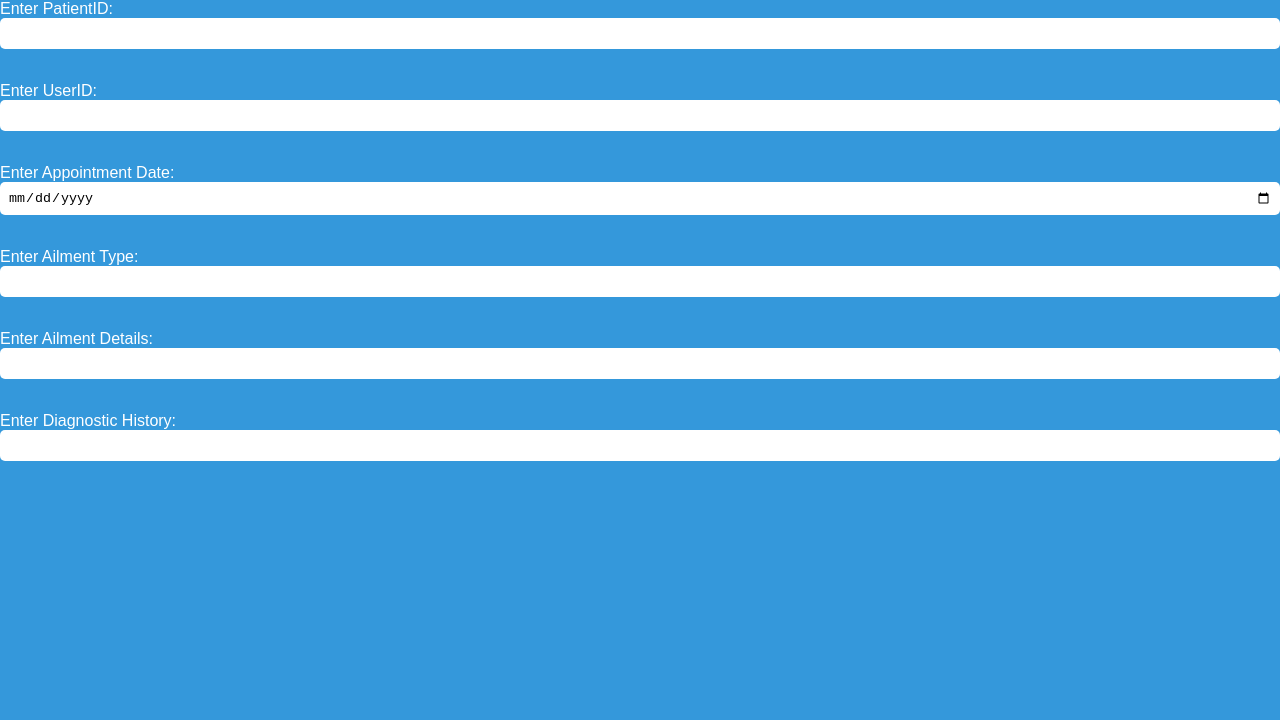
Repository: Pravinkumar-Raja/SpringProjects
Page: http://localhost/Spring-Web/WEB-INF/views/AddPatient.jsp
The author's editor kept a copy of each file at every save. The page is drawn from the files as they stood at one save, then again after the next save.
The browser window is 1280 px wide. The pictures show the whole page.
The page is served by Tomcat 9. Nobody is signed in. Other server files are loaded and not shown. The template is opened directly, without the code that normally fills it, so the values that code supplies are empty.

Above is the page before, as saved 2025-11-24 10:46:36.

### Spring-Web/src/main/webapp/WEB-INF/views/AddPatient.jsp
<html>
<head>
	<style>
	       body {
	           background-color: #3498db; /* modern blue */
	           font-family: Arial, sans-serif;
	           color: #fff;
	           margin: 0;
	           padding: 0;
	       }

	       .form-container {
	           background: rgba(255, 255, 255, 0.1);
	           padding: 30px;
	           margin: 50px auto;
	           width: 400px;
	           border-radius: 10px;
	           box-shadow: 0 0 15px rgba(0,0,0,0.3);
	       }

	       .form-container h2 {
	           text-align: center;
	           margin-bottom: 20px;
	           color: #f1f1f1;
	       }

	       label {
	           display: block;
	           margin-bottom: 5px;
	           font-weight: bold;
	       }

	       input {
	           width: 100%;
	           padding: 8px;
	           margin-bottom: 15px;
	           border: none;
	           border-radius: 5px;
	       }

	       button {
	           width: 100%;
	           padding: 10px;
	           background-color: #2ecc71;
	           border: none;
	           border-radius: 5px;
	           color: white;
	           font-size: 16px;
	           cursor: pointer;
	       }

	       button:hover {
	           background-color: #27ae60;
	       }
	   </style>

</head>

	<body bgcolor="LightBlue">
		<form action="./addPatient" method="post">
			Enter PatientID: <input type="text" name="patientID"/><br><br>
			Enter UserID: <input type="text" name="userID"/><br><br>
			Enter Appointment Date: <input type="date" name="appointmentDate"/><br><br>
			Enter Ailment Type: <input type="text" name="ailmentType"/><br><br>
			Enter Ailment Details: <input type="text" name="ailmentDetails"/><br><br>
			Enter Diagnostic History: <input type="text" name="diagnosisHistory"/><br><br>
		</form>
	</body>
</hmtl>

After the next save:
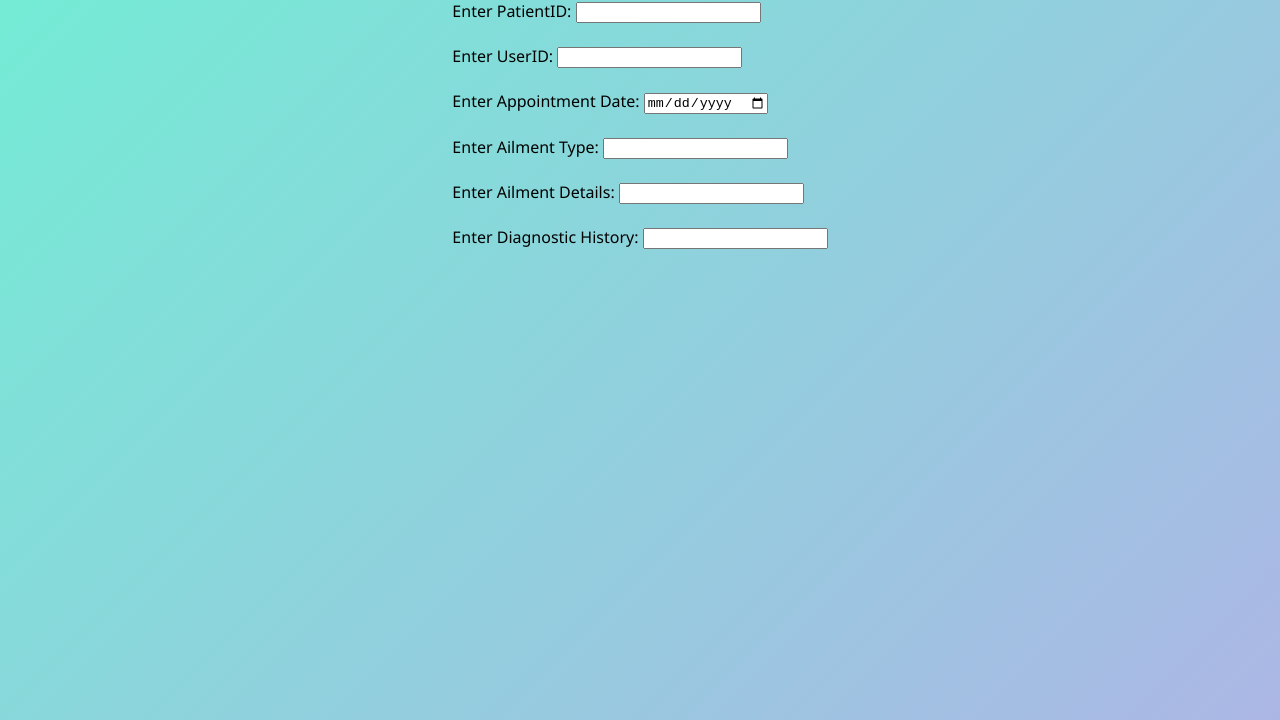
Saved 35 s later.
--- a/Spring-Web/src/main/webapp/WEB-INF/views/AddPatient.jsp
+++ b/Spring-Web/src/main/webapp/WEB-INF/views/AddPatient.jsp
@@ -2,55 +2,86 @@
 <head>
 	<style>
 	       body {
-	           background-color: #3498db; /* modern blue */
-	           font-family: Arial, sans-serif;
-	           color: #fff;
+	           /* Gradient background for a modern look */
+	           background: linear-gradient(135deg, #74ebd5 0%, #ACB6E5 100%);
+	           font-family: 'Segoe UI', Tahoma, Geneva, Verdana, sans-serif;
 	           margin: 0;
 	           padding: 0;
+	           display: flex;
+	           justify-content: center;
+	           align-items: flex-start;
+	           min-height: 100vh;
 	       }
 
 	       .form-container {
-	           background: rgba(255, 255, 255, 0.1);
-	           padding: 30px;
-	           margin: 50px auto;
-	           width: 400px;
-	           border-radius: 10px;
-	           box-shadow: 0 0 15px rgba(0,0,0,0.3);
+	           background: #ffffff;
+	           padding: 30px 40px;
+	           margin: 40px;
+	           width: 700px;
+	           border-radius: 12px;
+	           box-shadow: 0 8px 25px rgba(0,0,0,0.25);
 	       }
 
 	       .form-container h2 {
 	           text-align: center;
-	           margin-bottom: 20px;
-	           color: #f1f1f1;
+	           margin-bottom: 25px;
+	           color: #333;
 	       }
 
-	       label {
-	           display: block;
-	           margin-bottom: 5px;
-	           font-weight: bold;
+	       .form-section {
+	           margin-bottom: 25px;
 	       }
 
-	       input {
-	           width: 100%;
+	       .form-section h3 {
+	           margin-bottom: 15px;
+	           color: #444;
+	           border-bottom: 2px solid #eee;
+	           padding-bottom: 5px;
+	       }
+
+	       .form-group {
+	           display: flex;
+	           flex-wrap: wrap;
+	           margin-bottom: 15px;
+	       }
+
+	       .form-group label {
+	           flex: 1 0 200px;
+	           margin-right: 10px;
+	           font-weight: 600;
+	           color: #555;
+	       }
+
+	       .form-group input {
+	           flex: 2 0 300px;
 	           padding: 8px;
-	           margin-bottom: 15px;
-	           border: none;
-	           border-radius: 5px;
+	           border: 1px solid #ccc;
+	           border-radius: 6px;
+	           transition: border-color 0.3s;
+	       }
+
+	       .form-group input:focus {
+	           border-color: #6c63ff;
+	           outline: none;
+	           box-shadow: 0 0 5px rgba(108,99,255,0.3);
 	       }
 
 	       button {
 	           width: 100%;
-	           padding: 10px;
-	           background-color: #2ecc71;
+	           padding: 12px;
+	           background: #6c63ff;
 	           border: none;
-	           border-radius: 5px;
+	           border-radius: 6px;
 	           color: white;
 	           font-size: 16px;
+	           font-weight: bold;
 	           cursor: pointer;
+	           transition: background 0.3s, transform 0.2s;
 	       }
 
 	       button:hover {
-	           background-color: #27ae60;
+	           background: #574b90;
+	           transform: scale(1.02);
 	       }
 	   </style>
 
